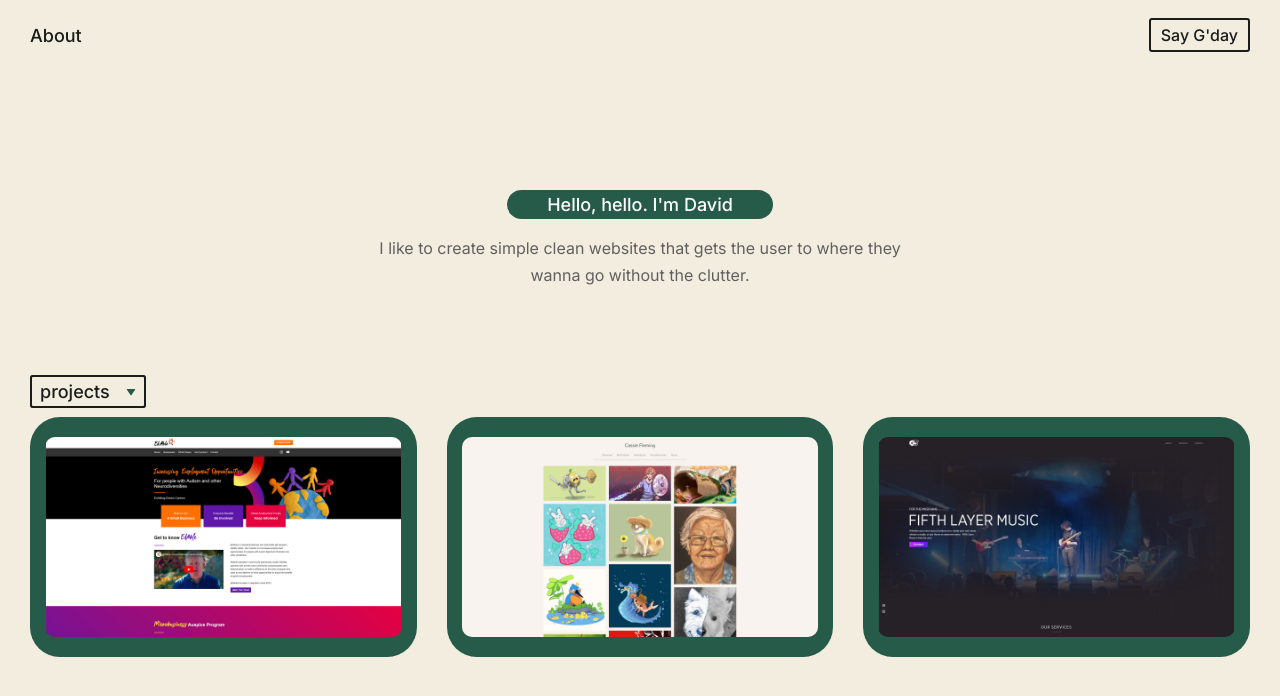
Repository: David-Waite/David-Waite-Portfolio
Page: /
These files come from the project's save history. The page is drawn as it stood at one moment and after the next save; the edit follows.
The browser window is 1280 px wide. The pictures show the whole page.
The project was rebuilt for these pictures with package versions that can differ from the ones it lists, and the page was loaded fresh each time. The framework's server and built-in components were replaced by stand-ins that run in the browser. Also part of the build but not shown: next.config.js.

Above is the page before, as saved 2023-07-27 08:24:47.

After the next save:
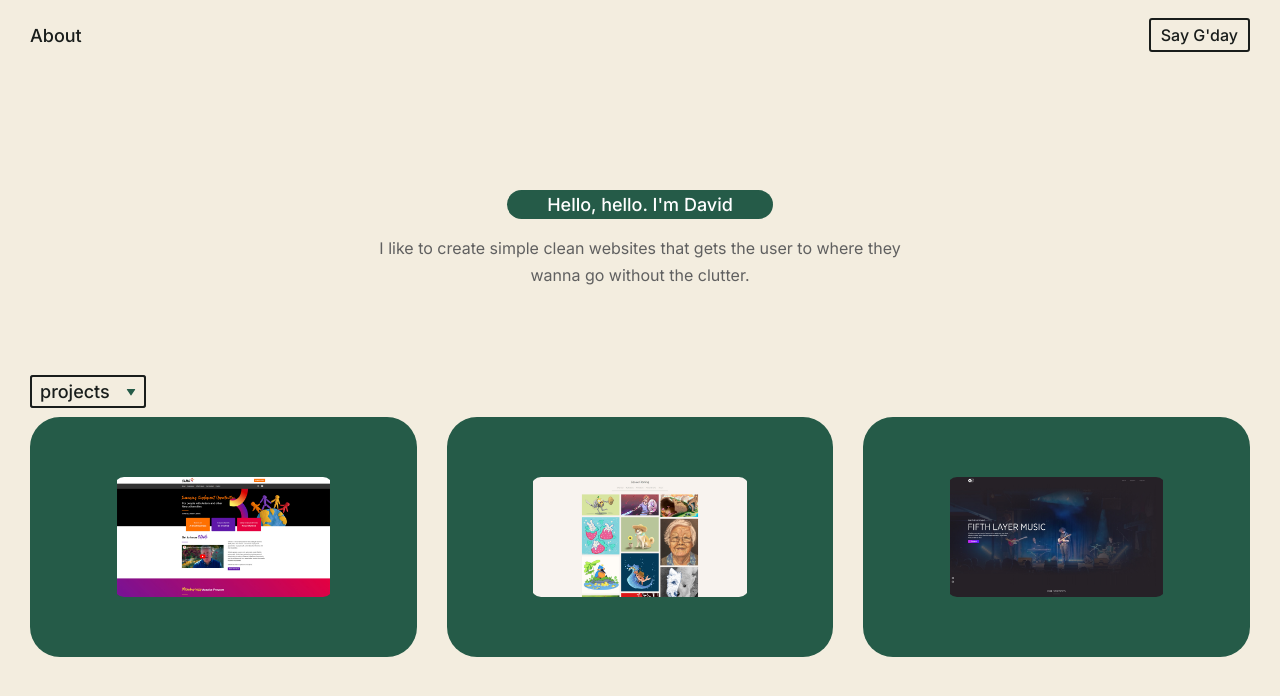
Saved 9 s later.
--- a/app/components/Nav/Home/Projects/projects.module.css
+++ b/app/components/Nav/Home/Projects/projects.module.css
@@ -79,8 +79,8 @@
 @media (max-width: 1700px) {
   .projectContainer {
     position: relative;
-    height: calc(100% - 40px);
-    width: calc(100% - 30px);
+    height: calc(100% - 120px);
+    width: calc(100% - 168px);
     border-radius: 3px;
     overflow: hidden;
   }
